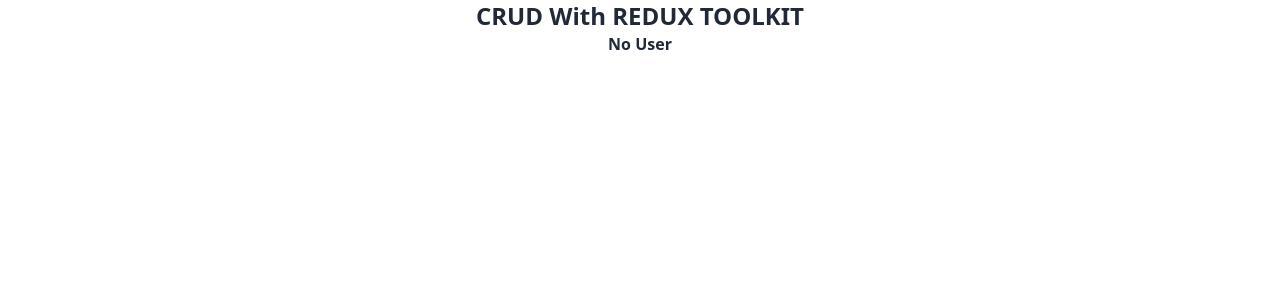
Repository: OmniaRafat232111121/Crud-reduxtoolkit
Page: /
An editor plug-in stored every save of this project. The page is shown before and after the next save, followed by the edit.
The browser window is 1280 px wide. The pictures show the whole page.
The project was rebuilt for these pictures with package versions that can differ from the ones it lists, and the page was loaded fresh each time.

Above is the page before, as saved 2023-02-10 14:00:18.

After the next save:
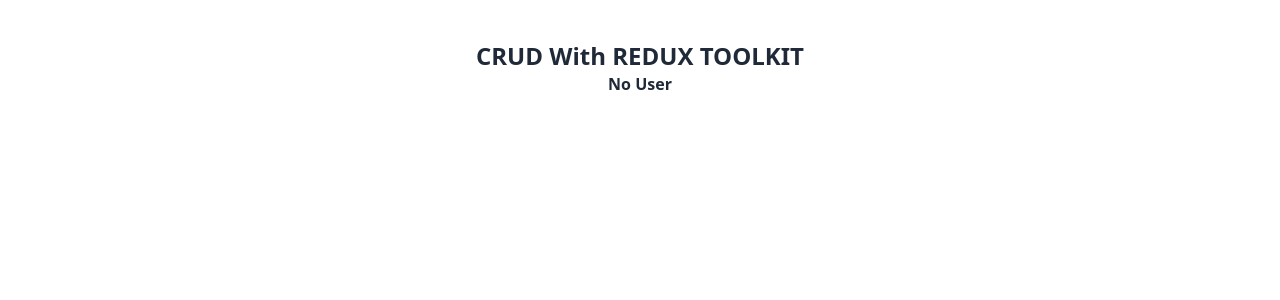
Saved 7 s later.
--- a/src/App.js
+++ b/src/App.js
@@ -3,7 +3,7 @@
 
 const App = () => {
   return (
-    <div className='container mx-auto px-2'>
+    <div className='container mx-auto px-2 pt-10'>
     <h1 className='text-center font-bold text-2xl text-gray-800'>CRUD With REDUX TOOLKIT</h1>
           <UserList />
     </div>
